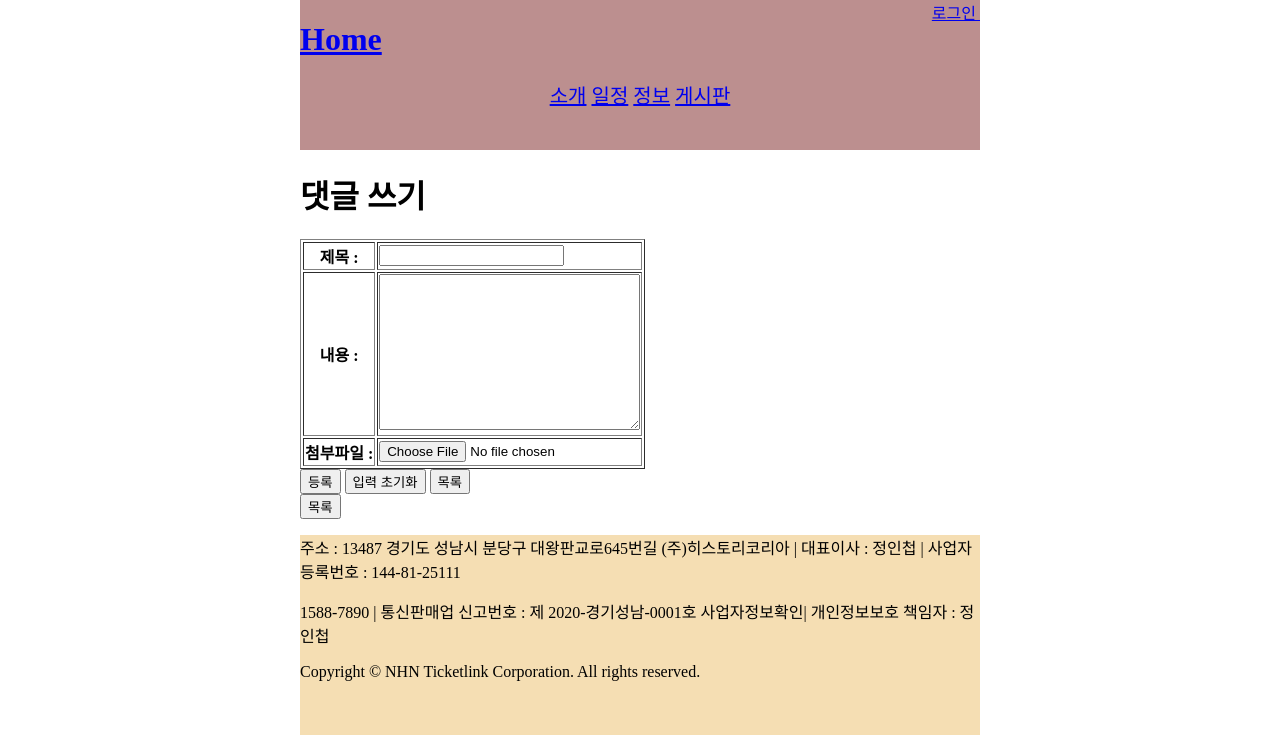
Repository: dlscjq34/JSP_historyTour
Page: http://localhost/HistoryTour/WEB-INF/views/ticketing/boardDetailReply.jsp
An editor plug-in stored every save of this project. The page is shown before and after the next save, followed by the edit.
The browser window is 1280 px wide. The pictures show the whole page.
The page is served by Tomcat 9. Nobody is signed in. Other server files are loaded and not shown. The template is opened directly, without the code that normally fills it, so the values that code supplies are empty.

Above is the page before, as saved 2020-12-18 12:17:20.

### HistoryTour/WebContent/WEB-INF/views/ticketing/boardDetailReply.jsp
<%@ page language="java" contentType="text/html; charset=UTF-8"
    pageEncoding="UTF-8"%>
<%@ taglib prefix="c" uri="http://java.sun.com/jsp/jstl/core" %>
<%@ taglib prefix="fmt" uri="http://java.sun.com/jsp/jstl/fmt" %>

<!DOCTYPE html>
<html>
<head>
	<jsp:include page="/WEB-INF/views/include/head.jsp" />
	<script src="https://ajax.googleapis.com/ajax/libs/jquery/3.5.1/jquery.min.js" ></script>
</head>
 	<!-- <header> -->
    <jsp:include page="/WEB-INF/views/include/header.jsp" />
<body>
	<h1>댓글 쓰기</h1>

	<form action="" method="post" enctype="multipart/form-data">
		<input type="hidden" name="nowIndex" value="${ nowIndex }">
		<input type="hidden" name="method" value="${ method }">
		<input type="hidden" name="field" value="${ field }">
		<input type="hidden" name="word" value="${ word }">
       	<table border="1">
            <tr>
               <th>제목 : </th>
               	<td><input type="text" name="title" id="title" value=""/></td>
            </tr>
            <tr>
          		<th>내용 : </th>
          		<td><textarea name="content" id="content" rows="10" cols="30"></textarea> </td>
      	 	</tr>
            <tr>
            	<th>첨부파일 : </th>
                <td><input type="file" name="fileName" id="fileName" value=""/> </td>
            </tr>
  		</table>
  		<input type="submit" value="등록">
  		<input type="reset" value="입력 초기화">
  		<input type="button" value="목록" onclick="location.href='board.do'">
	</form>

    <input type="button" value="목록" onclick="location.href='board.do?nowIndex=${ nowIndex }&method=${ method }&field=${ field }&word=${ word }'">


    <!-- <footer> -->
    <jsp:include page="/WEB-INF/views/include/footer.jsp" />
</body>


</html>

### HistoryTour/WebContent/WEB-INF/views/include/head.jsp
<%@ page language="java" contentType="text/html; charset=UTF-8"
    pageEncoding="UTF-8"%>
<meta charset="UTF-8">
<meta name="viewport" content="width=device-width, initial-scale=1.0">
<title>Document</title>
<link rel="stylesheet" href="css/common.css">

### HistoryTour/WebContent/WEB-INF/views/include/header.jsp
<%@ page language="java" contentType="text/html; charset=UTF-8"
    pageEncoding="UTF-8"%>
<%@ taglib prefix="c" uri="http://java.sun.com/jsp/jstl/core" %>
<%
	//쿠키에 아이디가 있으면 세션으로 빼온다.
	Cookie[] cookies = request.getCookies();

	if (cookies != null) {
		for(Cookie cookie : cookies) {
			if(cookie.getName().equals("id")) {
				String id = cookie.getValue();
				session.setAttribute("id", id);
			}
		}
	}

	String id = (String)session.getAttribute("id");
%>

<header>
    <div class="home-line">
        <h1><a href="index.do">Home</a></h1>
        <!-- 세션으로 빼온 아이디가 있으면 -->
<%
			if (id != null) {
%>
        		${ id } 님 반갑습니다.&nbsp;
        		<a href="myPage.do">마이페이지</a>&nbsp;
        		<a href="logoutPro.do">로그아웃</a>
<%
			} else {
%>
        	<!-- 세션으로 빼온 아이디가 없으면 -->
        		 <a href="login.do">로그인&nbsp;</a>
<%
			}
%>

    </div>
    <div class="menu">
        <a href="intro.do">소개</a>
        <a href="schedule.do">일정</a>
        <a href="information.do">정보</a>
        <a href="board.do">게시판</a>
    </div>
</header>

### HistoryTour/WebContent/WEB-INF/views/include/footer.jsp
<%@ page language="java" contentType="text/html; charset=UTF-8"
    pageEncoding="UTF-8"%>
<footer>
    <p>주소 : 13487 경기도 성남시 분당구 대왕판교로645번길 (주)히스토리코리아 | 대표이사 : 정인첩 | 사업자등록번호 : 144-81-25111</p>
    <p>1588-7890 |  통신판매업 신고번호 : 제 2020-경기성남-0001호 사업자정보확인| 개인정보보호 책임자 : 정인첩</p>
    <p>Copyright © NHN Ticketlink Corporation. All rights reserved.</p>
</footer>

### HistoryTour/WebContent/css/common.css
body {
  grid-template-columns: 1fr 1fr;
  box-sizing: border-box;
  margin: 0 300px;
}

/* header ----------------------------------------------- */

header {
  background: rosybrown;
  height: 150px;
}
header .home-line {
  display: flex;
}
header .home-line h1 {
  flex: 1;
}
header .menu {
  text-align: center;
  font-size: 20px;
}

/* <aside> <article> ----------------------------------------------- */

.center {
  display: flex;
  height: 500px;
  background: turquoise;
}
.center aside {
  background: sandybrown;
  flex: 2;
}
.center article {
  background: thistle;
  flex: 8;
  text-align: center;
}


/* footer ----------------------------------------------- */

footer {
  background: wheat;
  height: 200px;
}

After the next save:
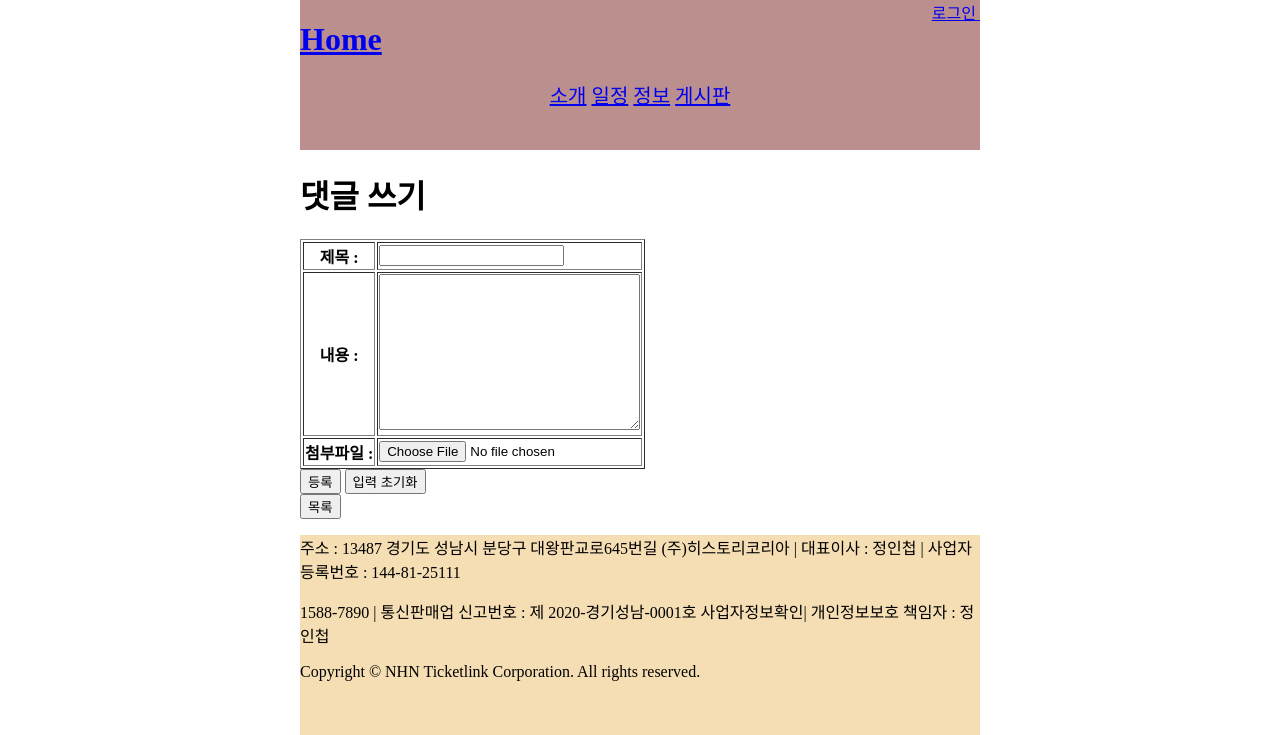
Saved 7 min 40 s later.
--- a/HistoryTour/WebContent/WEB-INF/views/ticketing/boardDetailReply.jsp
+++ b/HistoryTour/WebContent/WEB-INF/views/ticketing/boardDetailReply.jsp
@@ -35,7 +35,7 @@
   		</table>
   		<input type="submit" value="등록">
   		<input type="reset" value="입력 초기화">
-  		<input type="button" value="목록" onclick="location.href='board.do'">
+
 	</form>
 
     <input type="button" value="목록" onclick="location.href='board.do?nowIndex=${ nowIndex }&method=${ method }&field=${ field }&word=${ word }'">
